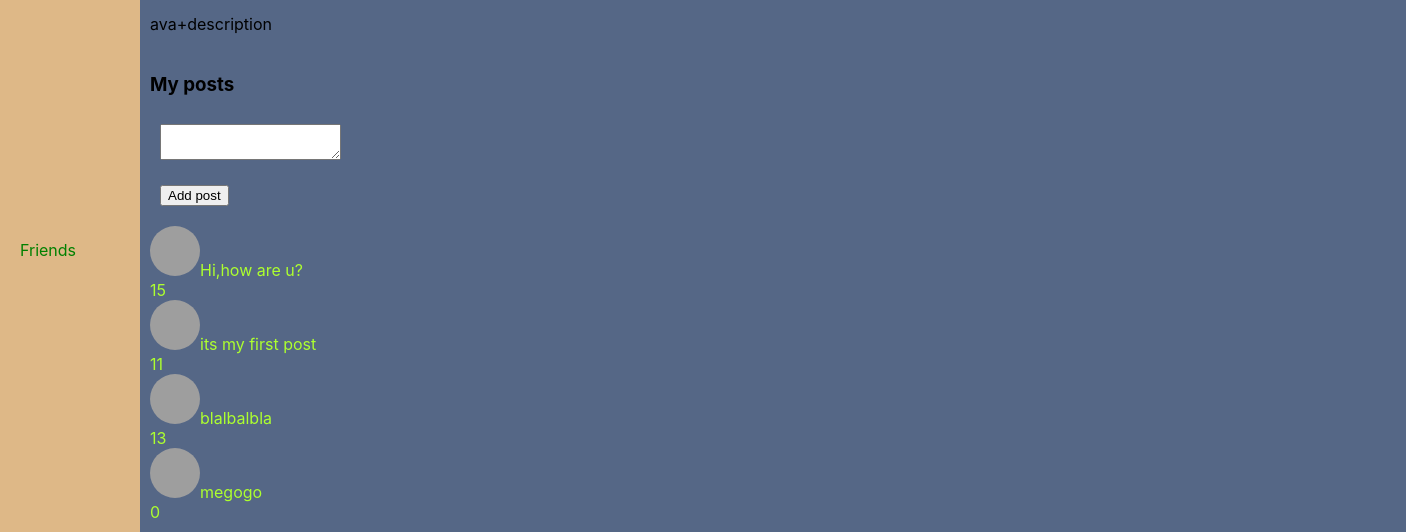
Repository: AndreyMykulych/FirstProject
Page: /profile
The author's editor kept a copy of each file at every save. The page is drawn from the files as they stood at one save, then again after the next save.
The browser window is 1280 px wide. The page is 1406 px wide, so the pictures cover 1406 px, including what lies to the right of the window. The pictures show the part of the page from y = 260 to 792 px (the page is 792 px tall).
Pictures or frames that could not be fetched are drawn as grey boxes. The project was rebuilt for these pictures with package versions that can differ from the ones it lists, and the page was loaded fresh each time. Also part of the build but not shown: src/components/Dialogs/Dialogs.module.css, src/components/Dialogs/DialogName/DialogName.jsx, src/components/Dialogs/DialogMessage/DialogMessage.jsx, src/components/Dialogs/Dialogs.jsx.

Above is the page before, as saved 2022-06-07 20:57:15.

### src/index.js
import React from 'react';
import ReactDOM from 'react-dom/client';
import './index.css';
import App from './App';
import reportWebVitals from './reportWebVitals';
import state from './redux/state';

const root = ReactDOM.createRoot(document.getElementById('root'));
root.render(
  <React.StrictMode>
        <App state={state}/>
  </React.StrictMode>
);
// If you want to start measuring performance in your app, pass a function
// to log results (for example: reportWebVitals(console.log))
// or send to an analytics endpoint. Learn more: https://bit.ly/CRA-vitals
reportWebVitals();

### src/App.js
import logo from './logo.svg';
import React from 'react';
import './App.css';
import Header from './components/Header/Header';
import Navbar from './components/Navbar/Navbar';
import Profile from './components/Profile/Profile';
import Dialogs from './components/Dialogs/Dialogs';
import { BrowserRouter, Route, Router, Switch, Link, Routes } from 'react-router-dom';


const App = (props) => {

  return (
    <BrowserRouter>
      <div className='app-wrapper'>
        <Header />
        <Navbar />
        <div class='app-wrapper-content'>
                  <Routes>
                      <Route path="/profile" element={<Profile state={props.state.profilePage} />}></Route>
                      <Route path="/dialogs" element={<Dialogs state={props.state.messagesPage} />}></Route>
                      <Route path="/friends" elements={<Dialogs state={props.state.messagesPage.dialogs} />}></Route>
          </Routes>
        </div>
      </div>
    </BrowserRouter>
  );
}

export default App;

### src/redux/state.js
let state = {
    profilePage: {
        posts : [
            { id: 1, message: 'Hi,how are u?', likescount: 15 },
            { id: 2, message: 'its my first post ', likescount: 11 },
            { id: 3, message: 'blalbalbla ', likescount: 13 },
            { id: 4, message: 'megogo ', likescount: 0 },
        ],
    },
   messagesPage: {
    dialogs : [
        { id: 1, name: "Dimych" },
        { id: 2, name: "Andriy" },
        { id: 3, name: "Sveta" },
        { id: 4, name: "Sasha" },
        { id: 5, name: "Olya" },
        { id: 6, name: "Valera" },
    ],
    messages : [
        { id: 1, message: "Hi" },
        { id: 2, message: "How are you" },
        { id: 3, message: "Yo" },
        { id: 4, message: "Yo" },
        { id: 5, message: "Yo" },
        { id: 6, message: "yo" },
    ]
   }

}
export default state;

### src/App.css

.app-wrapper {
  margin: 0 auto;
  display: grid;
  width: 1366px;
  grid-template-areas:
    "h h"
    "n c";

    grid-template-rows: 60px 1fr;
    grid-template-columns: 2fr 10fr;

  grid-gap: 0px;
}

.app-wrapper-content {
  grid-area: c;
  background-color: rgb(85, 103, 134);
}

### src/components/Header/Header.jsx
import React from 'react';
import s from './Header.module.css'
const Header = () => {
   return <header className={s.header}>
      <img src='https://seeklogo.com/images/C/company-name-logo-09881CAD1A-seeklogo.com.png' />
   </header>
}
export default Header;

### src/components/Navbar/Navbar.jsx
import React from 'react';
import { NavLink } from 'react-router-dom';
import s from './Navbar.module.css'
const Navbar = (props) => {
   return (
      <nav className={s.nav}>
         <div className={s.item}>
            <NavLink to ='/profile' className={({isActive}) => isActive ? s.activeLink : ''}>Profile</NavLink>
         </div>
         <div className={s.item}>
            <NavLink to='dialogs' className={ ({isActive})=> !isActive ?  '': s.activeLink}>Messages</NavLink>
         </div>
         <div className={s.item}>
            <NavLink to='news' >News</NavLink>
         </div>
         <div className={s.item}>
            <NavLink to='music' >Music</NavLink>
         </div>
         <div className={s.item}>
            <NavLink to='settings'>Settings</NavLink>
           </div>
           <div className={s.item}>
            <NavLink to ='/friends' className={s.friendsBtn}>Friends</NavLink>
         </div>
      </nav>
   )
}
export default Navbar;

### src/components/Profile/Profile.jsx
import React from 'react';
import MyPosts from './MyPosts/MyPosts';
import s from './Profile.module.css'
import ProfileInfo from './ProfileInfo/ProfileInfo';
const Profile = (props) => {

   return <div className={s.content}>
      <ProfileInfo />
       <MyPosts posts={props.state.posts }/>
   </div>
}
export default Profile;

### src/components/Header/Header.module.css
.header {
   grid-area: h;
   background-color: greenyellow;
   max-height: 60px;
 }

 .header img {
   width: 60px;
   padding: 5px;
 }

### src/components/Navbar/Navbar.module.css
.nav {
   grid-area: n;
   background-color: burlywood;
   padding: 20px;
   width :100px
 }

 .item a {
    color: white;
    text-decoration: none;
 }
 .item a.activeLink {
    color: gold;
 }

 .item a.activetedLink {
    color: red
 }

 .item .friendsBtn {
     color : Green;
     position : absolute;
     top :500px
 }

### src/components/Profile/MyPosts/MyPosts.jsx
import React from 'react';
import s from './MyPosts.module.css'
import Post from './Post/Post';
const MyPosts = (props) => {

   let postsElements = props.posts.map (p => <Post message={p.message} likescount={p.likescount} />)
   return (
      <div className={s.postBlock}> <h3>My posts </h3>  <div>

         <div className={s.textBlock}>
            <textarea ></textarea>
         </div>
         <div className={s.addPostButton}>
            <button>Add post</button>
         </div>
      </div>
         <div className={s.posts}>
            {postsElements}
         </div>
      </div>
   )

}
export default MyPosts;

### src/components/Profile/ProfileInfo/ProfileInfo.jsx
import React from "react";
import s from './ProfileInfo.module.css'
const ProfileInfo = (props) => {
    return (
        <div>
            <div>

                <img className={s.mainPhoto}
                    src='https://images.unsplash.com/photo-1453728013993-6d66e9c9123a?ixlib=rb-1.2.1&ixid=MnwxMjA3fDB8MHxzZWFyY2h8Mnx8dmlld3xlbnwwfHwwfHw%3D&w=1000&q=80' />
            </div>
            <div className={s.descriptionBlock}>ava+description</div>
        </div>
    )
}

export default ProfileInfo

### src/components/Profile/MyPosts/MyPosts.module.css

.postBlock{
    padding: 10px;
}

.textBlock {
    padding: 10px;
}


.addPostButton {
    padding: 10px;
}

.posts {
    margin-top: 10px;
}

### src/components/Profile/MyPosts/Post/Post.jsx
import React from 'react';
import s from './Post.module.css'

const Post = (props) => {
   return (


      <div className={s.item}>
         <img src='https://encrypted-tbn0.gstatic.com/images?q=tbn:ANd9GcT6YmKu9T0f5cAXCmgHEZ7B8CfAU03rKwwj1OrAeKNPRvzvlyPJzgS-TY5oXFZtqDWfcUI&usqp=CAU' />
         { props.message }
         <div>
            <span>{props.likescount}</span>
         </div>
      </div>
   )

}

export default Post;

### src/components/Profile/ProfileInfo/ProfileInfo.module.css
.content {
    width: 1266px;
    height: 738px;
  }

  .mainPhoto {
      width: 1266px;
      height: 200px;
  }

  .descriptionBlock {
      padding: 10px;
  }

### src/components/Profile/MyPosts/Post/Post.module.css

 .item {
  color: greenyellow;
}

.item img {
  width: 50px;
  height:50px;

  border-radius: 30px;
}

Loaded but not shown: src/index.css (common file); src/reportWebVitals.js (common file); src/components/Profile/Profile.module.css (no stored copy; drawn as an empty file)

After the next save:
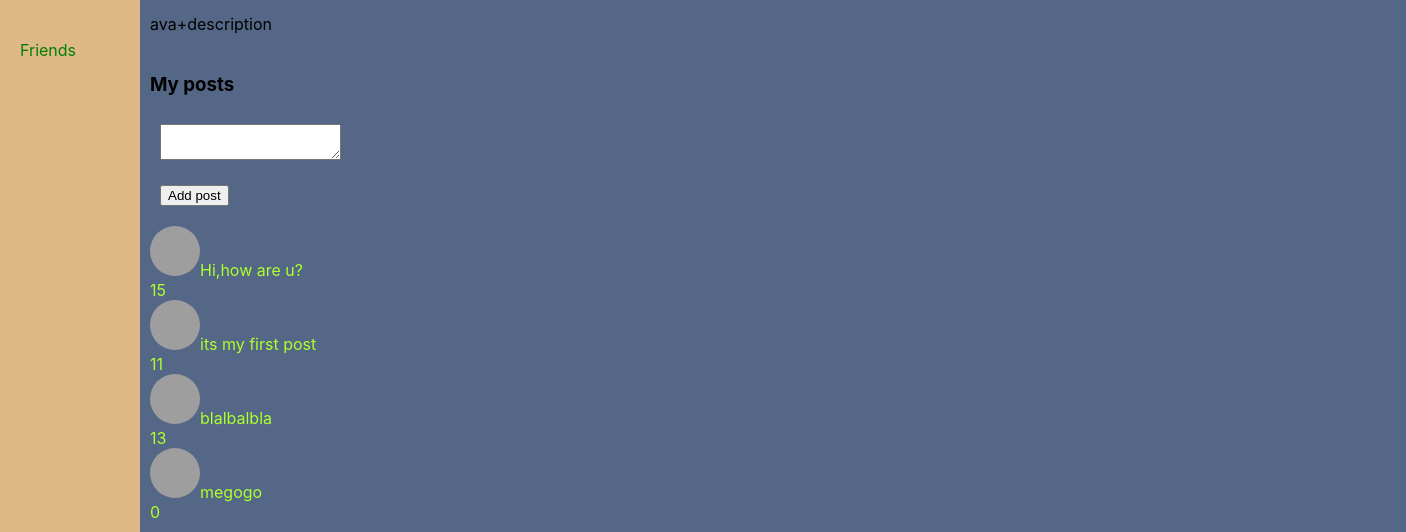
Saved 6 s later.
--- a/src/components/Navbar/Navbar.module.css
+++ b/src/components/Navbar/Navbar.module.css
@@ -20,5 +20,5 @@
  .item .friendsBtn {
      color : Green;
      position : absolute;
-     top :500px
+     top :300px
  }
